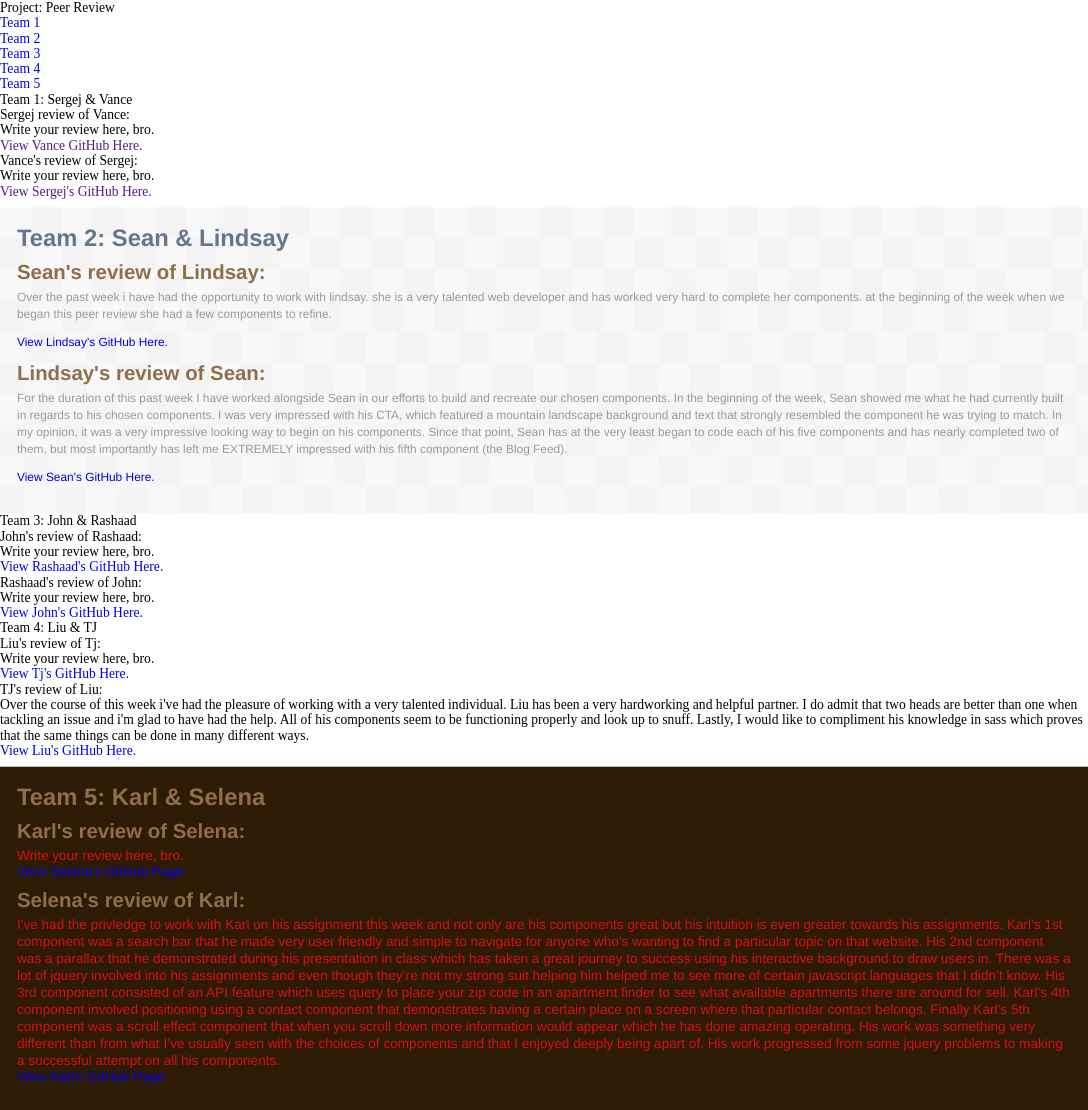
Repository: Smvargas787/WSP-2.5
Page: workspace 3/hello-world.html
The author's editor kept a record of every edit. The page is drawn from the files as they stood at one moment, then again after the next edit.
The browser window is 1280 px wide. The pictures show the whole page, at 85% of full size.
Some web libraries are served in a nearby version.

Above is the page before.

### workspace 3/hello-world.html
<!DOCTYPE html>
<html lang= "en">
	<head>
		<meta charset= "utf-8"/>
		<meta name="viewport" content="width=device-width, initial-scale=1, maximum-scale=1">
		<title>Project: Peer Review</title>

		<link href="css/reset.css" rel="stylesheet" type="text/css" />
		<link href="css/style.css" rel="stylesheet" type="text/css" />
	</head>


	<body>

		<header>
			<h1>Project: Peer Review</h1>
			<nav>
				<ul>
					<li><a href="#" class="link" data-this=".team1" data-last=".page">Team 1</a></li>
					<li><a href="#" class="link" data-this=".team2" data-last=".page">Team 2</a></li>
					<li><a href="#" class="link" data-this=".team3" data-last=".page">Team 3</a></li>
					<li><a href="#" class="link" data-this=".team4" data-last=".page">Team 4</a></li>
					<li><a href="#" class="link" data-this=".team5" data-last=".page">Team 5</a></li>
				</ul>
			</nav>
		</header>


<!-- 	Team 1 -->
		<section class="page team1">
			<h2>Team 1: Sergej & Vance</h2>

			<article>
				<h3>Sergej review of Vance:</h3>
				<p>Write your review here, bro.</p>
				<a href="" target="_blank">View Vance GitHub Here.</a>
			</article>

			<article>
			 	<h3>Vance's review of Sergej:</h3>
				<p>Write your review here, bro.</p>
				<a href="" target="_blank">View Sergej's GitHub Here.</a>
			</article>
        </section>
<!-- End Team 1 -->





<!-- 	Team 2 -->
		<section class="page team2">
			<h2>Team 2: Sean & Lindsay</h2>

			<article>
				<h3>Sean's review of Lindsay:</h3>
				<p>Over the past week i have had the opportunity to work with lindsay. she is a very talented web developer and has worked very hard
				to complete her components. at the beginning of the week when we began this peer review she had a few components to refine.
				</p>
				<a href="http://lindsayhampton.github.io/WSP/" target="_blank">View Lindsay's GitHub Here.</a>
			</article>

			<article>
			 	<h3>Lindsay's review of Sean:</h3>
				<p>For the duration of this past week I have worked alongside Sean in our efforts to build and recreate our chosen components.
				In the beginning of the week, Sean showed me what he had currently built in regards to his chosen components. I was very impressed with his CTA,
				which featured a mountain landscape background and text that strongly resembled the component he was trying to match. In my opinion, it was a
				very impressive looking way to begin on his components. Since that point, Sean has at the very least began to code each of his five components and
				has nearly completed two of them, but most importantly has left me EXTREMELY impressed with his fifth component (the Blog Feed). </p>
				<a href="http://seanedw1.github.io/wsp_edwards_sean/index.html" target="_blank">View Sean's GitHub Here.</a>
			</article>

		</section>
<!-- End Team 2 -->




<!-- 	Team 3 -->
		<section class="page team3">
			<h2>Team 3: John & Rashaad</h2>
			<article>
				<h3>John's review of Rashaad:</h3>
				<p>Write your review here, bro.</p>
				<a href="http://mangenius200.github.io/WSP/wsp_project-master/index.html" target="_blank">View Rashaad's GitHub Here.</a>
			</article>

			<article>
			 	<h3>Rashaad's review of John:</h3>
				<p>Write your review here, bro.</p>
				<a href="http://johnkunkle1987.github.io/Web-Standards-Project/week_1_project/" target="_blank">View John's GitHub Here.</a>
			</article>
		</section>
<!-- End Team 3 -->





<!-- 	Team 4 -->
		<section class="page team4">
			<h2>Team 4: Liu  & TJ</h2>
			<article>
				<h3>Liu's review of Tj:</h3>
				<p>Write your review here, bro.</p>
				<a href="http://fs-timothymccoy.github.io/WSP/ProjectPlanning/index.html" target="_blank">View Tj's GitHub Here.</a>
			</article>

			<article>
			 	<h3>TJ's review of Liu:</h3>
				<p>Over the course of this week i've had the pleasure of working with a very talented individual. Liu has been a very hardworking and helpful partner. I do admit that two heads are better than one when tackling an issue and i'm glad to have had the help. All of his components seem to be functioning properly and look up to snuff. Lastly, I would like to compliment his knowledge in sass which proves that the same things can be done in many different ways.</p>
				<a href="http://maumasi.github.io/WSP_082015/" target="_blank">View Liu's GitHub Here.</a>
			</article>

    	</section>
<!-- End Team 4 -->


<!-- 	Team 5 -->
		<section class="page team5">
			<h2>Team 5: Karl & Selena</h2>
			<article>
				<h3>Karl's review of Selena:</h3>
				<p>Write your review here, bro.</p>
				<a href="http://smvargas787.github.io/WSP-2.5/index.html" target="_blank">View Selena's GitHub Page</a>
			</article>

			<article>
			 	<h3>Selena's review of Karl:</h3>
				<p>I've had the privledge to work with Karl on his assignment this week and not only are his components great but his intuition is even greater towards his assignments. Karl’s 1st component was a search bar that he made very user friendly and simple to navigate for anyone who’s wanting to find a particular topic on that website. His 2nd component was a parallax that he demonstrated during his presentation in class which has taken a great journey to success using his interactive background to draw users in. There was a lot of jquery involved into his assignments and even though they’re not my strong suit helping him helped me to see more of certain javascript languages that I didn’t know. His 3rd component consisted of an API feature which uses query to place your zip code in an apartment finder to see what available apartments there are around for sell. Karl’s 4th component involved positioning using a contact component that demonstrates having a certain place on a screen where that particular contact belongs. Finally Karl’s 5th component was a scroll effect component that when you scroll down more information would appear which he has done amazing operating. His work was something very different than from what I’ve usually seen with the choices of components and that I enjoyed deeply being apart of. His work progressed from some jquery problems to making a successful attempt on all his components. </p>
			    <a href="http://kjrohr.github.io/wps_project/blog/index.html" target="_blank">View Karl's GitHub Page</a>
			</article>




		</section>
<!-- End Team 5 -->




<!-- jquery -->
		<script src="https://ajax.googleapis.com/ajax/libs/jquery/1.11.3/jquery.min.js"></script>
	<!--	<script src="js/jquery-1.11.3.min.js"></script> -->
		<script src="js/main.js"></script>

	</body>
</html>

### workspace 3/css/reset.css
/* CSS RESET
====================================================================================================
====================================================================================================
*/



html, body, div, main, span, applet, object, iframe,
h1, h2, h3, h4, h5, h6, p, blockquote, pre,
a, abbr, acronym, address, big, cite, code,
del, dfn, em, img, ins, kbd, q, s, samp,
small, strike, strong, sub, sup, tt, var,
b, u, i, center,
dl, dt, dd, ol, ul, li,
fieldset, form, label, legend, input, textarea,
table, caption, tbody, tfoot, thead, tr, th, td,
article, aside, canvas, details, embed,
figure, figcaption, footer, header, hgroup,
menu, nav, output, ruby, section, summary,
time, mark, audio, video,
::before, ::after {

	margin: 0; padding: 0;
	border: 0;
	font-size: 100%;
	font: inherit;
	vertical-align: baseline;
	text-decoration: none;

	box-sizing: border-box;

}

// HTML5 - Older browser support
// ======================================================================
article, aside, details, figcaption, figure,
footer, header, hgroup, menu, nav, section {
	display: block;
}


// BODY
// ======================================================================
body { line-height: 1; }


// LISTS - Clear bullets
// ======================================================================
ol, ul { list-style: none; }


// QUOTES
// ======================================================================
blockquote, q { quotes: none; }
blockquote:before, blockquote:after,
q:before, q:after {
	content: '';
	content: none;
}

// TABLES
// ======================================================================
table {
	border-collapse: collapse;
	border-spacing: 0;
}

### workspace 3/css/style.css
/* Team 1 ======================================================== */
/* End of Team 1 ================================================= */


/* Team 2 ======================================================== */
.team2
{
  margin-top: 10px;
  background: url("../images/background-team2.jpg");
  color: #999999;
  font-family: Helvetica;
  padding: 20px;
  font-size: 14px;
}


.team2 article a:hover
{
  color: rgba(215,17,17, 0.8);
}

.team2 article a:visited
{
  color: #094978;
}


.team2 h1{
  text-align:center;
}


.team2 h2
{
  margin-bottom: 10px;
  font-size: 28px;
  font-weight: 900;
  color: #65768E;
}

.team2 article h3
{
  margin-bottom: 5px;
  color: #8F6F49;
  font-size: 24px;
  font-weight: 700;
}

.team2 article p
{
  line-height: 20px;
}

.team2 article a
{
  display: block;
  padding: 15px 0;
}


/* End of Team 2 ================================================= */


/* Team 3 ======================================================== */
/* End of Team 3 ================================================= */


/* Team 4 ======================================================== */
/* End of Team 4 ================================================= */


/* Team 5 ======================================================== */
/* Color 1: #2E1B05 Root
   Color 2: #655441 Somber
   Color 3: #8F6F49 Yggdrasil
   Color 4: #094978 Blues Power
   Color 5: #D71111 Pale Red
*/


.team5
{
  margin-top: 10px;
  background: #2E1B05;
  color: #D71111;
  font-family: Helvetica;
  padding: 20px;
}


.team5 article a:hover
{
  color: rgba(215,17,17, 0.8);
}

.team5 article a:visited
{
  color: #094978;
}

.team5 h2
{
  margin-bottom: 10px;
  font-size: 28px;
  font-weight: 900;
  color: #8F6F49;
}

.team5 article h3
{
  margin-bottom: 5px;
  color: #8F6F49;
  font-size: 24px;
  font-weight: 700;
}

.team5 article p
{
  line-height: 20px;
  font-size: 16px;
}

.team5 article a
{
  display: block;
  padding-bottom: 10px;
}


/* End of Team 5 ================================================= */

### workspace 3/js/main.js

//	jquery javaScript
$(function(){

//	make links change "pages"
//================================================================
//	$('.page').css({'display':'none'});



//	nav click events
//================================================================
	$('.link').on('click', function(){

		var linkAction1 = $(this).attr('data-last');
		var linkAction2 = $(this).attr('data-this');

		$(linkAction1).delay().slideUp();
		$(linkAction2).slideDown();

		$('.this-class').css({'display':'none'});
		$('h3').css({'display':'none'});
		//$('input').css({'display':'none'});
	});




});

After the next edit:
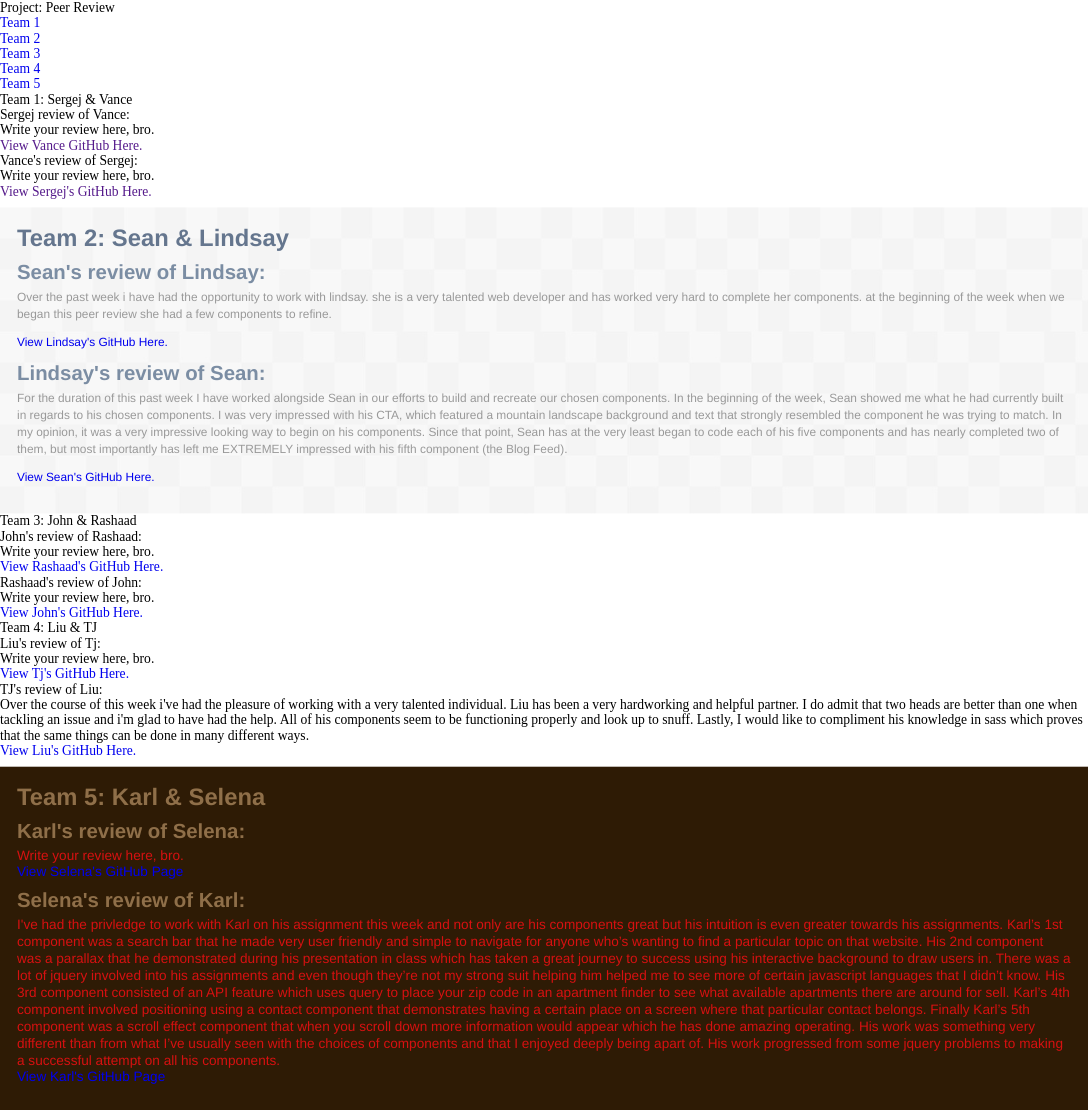
The edit:
--- a/workspace 3/css/style.css
+++ b/workspace 3/css/style.css
@@ -40,8 +40,9 @@
 
 .team2 article h3
 {
+  font-weight: normal;
   margin-bottom: 5px;
-  color: #8F6F49;
+  color: #7B8DA3;
   font-size: 24px;
   font-weight: 700;
 }
